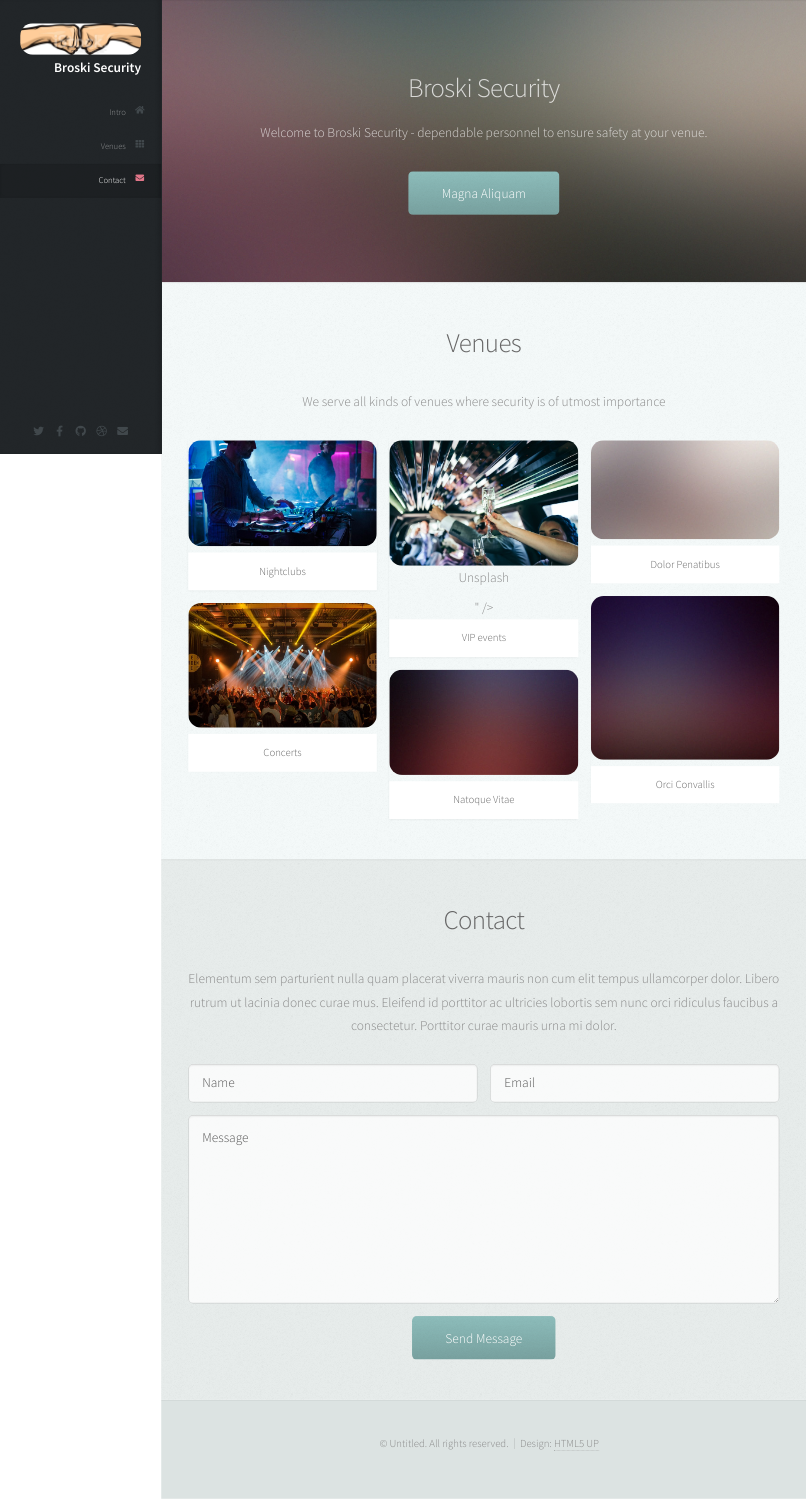
Repository: fiedore/fiedore.github.io
Page: index.html
An editor plug-in stored every save of this project. The page is shown before and after a run of saves, followed by the edit.
The browser window is 1280 px wide. The pictures show the whole page, at 63% of full size.

Above is the page before, as saved 2025-06-03 09:16:43.

### index.html
<!DOCTYPE HTML>
<!--
	Prologue by HTML5 UP
	html5up.net | @ajlkn
	Free for personal and commercial use under the CCA 3.0 license (html5up.net/license)
-->
<html>
	<head>
		<title>Prologue by HTML5 UP</title>
		<meta charset="utf-8" />
		<meta name="viewport" content="width=device-width, initial-scale=1, user-scalable=no" />
		<link rel="stylesheet" href="assets/css/main.css" />
	</head>
	<body class="is-preload">

		<!-- Header -->
			<div id="header">

				<div class="top">

					<!-- Logo -->
						<div id="logo">
							<span class="image"><img src="images/broski_logo.jpg" alt="" /></span>
							<h1 id="title">Broski Security</h1>
						</div>

					<!-- Nav -->
						<nav id="nav">
							<ul>
								<li><a href="#top" id="top-link"><span class="icon solid fa-home">Intro</span></a></li>
								<li><a href="#venues" id="venues-link"><span class="icon solid fa-th">Venues</span></a></li>
								<!-- <li><a href="#about" id="about-link"><span class="icon solid fa-user">About Me</span></a></li> -->
								<li><a href="#contact" id="contact-link"><span class="icon solid fa-envelope">Contact</span></a></li>
							</ul>
						</nav>

				</div>

				<div class="bottom">

					<!-- Social Icons -->
						<ul class="icons">
							<li><a href="#" class="icon brands fa-twitter"><span class="label">Twitter</span></a></li>
							<li><a href="#" class="icon brands fa-facebook-f"><span class="label">Facebook</span></a></li>
							<li><a href="#" class="icon brands fa-github"><span class="label">Github</span></a></li>
							<li><a href="#" class="icon brands fa-dribbble"><span class="label">Dribbble</span></a></li>
							<li><a href="#" class="icon solid fa-envelope"><span class="label">Email</span></a></li>
						</ul>

				</div>

			</div>

		<!-- Main -->
			<div id="main">

				<!-- Intro -->
					<section id="top" class="one dark cover">
						<div class="container">

							<header>
								<h2 class="alt">Broski Security</h2>
								<p>Welcome to Broski Security - dependable personnel to ensure safety at your venue.</p>
							</header>

							<footer>
								<a href="#venues" class="button scrolly">Magna Aliquam</a>
							</footer>

						</div>
					</section>

				<!-- Venues -->
					<section id="venues" class="two">
						<div class="container">

							<header>
								<h2>Venues</h2>
							</header>

							<p>We serve all kinds of venues where security is of utmost importance</p>

							<div class="row">
								<div class="col-4 col-12-mobile">
									<article class="item">
										<a href="#" class="image fit"><img src="images/nightclub.jpg" alt="" /></a>
										<header>
											<h3>Nightclubs</h3>
										</header>
									</article>
									<article class="item">
										<a href="#" class="image fit"><img src="images/concerts.jpg" alt="" /></a>
										<header>
											<h3>Concerts</h3>
										</header>
									</article>
								</div>
								<div class="col-4 col-12-mobile">
									<article class="item">
										<a href="#" class="image fit"><img src="images/vip.jpg" alt="Photo by Michael Benz</a> on <a href="https://unsplash.com/photos/person-holding-clear-wine-glass-eiJfBem7cPw?utm_content=creditCopyText&utm_medium=referral&utm_source=unsplash">Unsplash</a>
      " /></a>
										<header>
											<h3>VIP events</h3>
										</header>
									</article>
									<article class="item">
										<a href="#" class="image fit"><img src="images/pic05.jpg" alt="" /></a>
										<header>
											<h3>Natoque Vitae</h3>
										</header>
									</article>
								</div>
								<div class="col-4 col-12-mobile">
									<article class="item">
										<a href="#" class="image fit"><img src="images/pic06.jpg" alt="" /></a>
										<header>
											<h3>Dolor Penatibus</h3>
										</header>
									</article>
									<article class="item">
										<a href="#" class="image fit"><img src="images/pic07.jpg" alt="" /></a>
										<header>
											<h3>Orci Convallis</h3>
										</header>
									</article>
								</div>
							</div>

						</div>
					</section>

				<!-- About Me -->
					<!-- <section id="about" class="three">
						<div class="container">

							<header>
								<h2>About Me</h2>
							</header>

							<a href="#" class="image featured"><img src="images/pic08.jpg" alt="" /></a>

							<p>Tincidunt eu elit diam magnis pretium accumsan etiam id urna. Ridiculus
							ultricies curae quis et rhoncus velit. Lobortis elementum aliquet nec vitae
							laoreet eget cubilia quam non etiam odio tincidunt montes. Elementum sem
							parturient nulla quam placerat viverra mauris non cum elit tempus ullamcorper
							dolor. Libero rutrum ut lacinia donec curae mus vel quisque sociis nec
							ornare iaculis.</p>

						</div>
					</section> -->

				<!-- Contact -->
					<section id="contact" class="four">
						<div class="container">

							<header>
								<h2>Contact</h2>
							</header>

							<p>Elementum sem parturient nulla quam placerat viverra
							mauris non cum elit tempus ullamcorper dolor. Libero rutrum ut lacinia
							donec curae mus. Eleifend id porttitor ac ultricies lobortis sem nunc
							orci ridiculus faucibus a consectetur. Porttitor curae mauris urna mi dolor.</p>

							<form method="post" action="#">
								<div class="row">
									<div class="col-6 col-12-mobile"><input type="text" name="name" placeholder="Name" /></div>
									<div class="col-6 col-12-mobile"><input type="text" name="email" placeholder="Email" /></div>
									<div class="col-12">
										<textarea name="message" placeholder="Message"></textarea>
									</div>
									<div class="col-12">
										<input type="submit" value="Send Message" />
									</div>
								</div>
							</form>

						</div>
					</section>

			</div>

		<!-- Footer -->
			<div id="footer">

				<!-- Copyright -->
					<ul class="copyright">
						<li>&copy; Untitled. All rights reserved.</li><li>Design: <a href="http://html5up.net">HTML5 UP</a></li>
					</ul>

			</div>

		<!-- Scripts -->
			<script src="assets/js/jquery.min.js"></script>
			<script src="assets/js/jquery.scrolly.min.js"></script>
			<script src="assets/js/jquery.scrollex.min.js"></script>
			<script src="assets/js/browser.min.js"></script>
			<script src="assets/js/breakpoints.min.js"></script>
			<script src="assets/js/util.js"></script>
			<script src="assets/js/main.js"></script>

	</body>
</html>

Loaded but not shown: assets/css/fontawesome-all.min.css (library); assets/js/jquery.min.js (library); assets/js/jquery.scrolly.min.js (common file); assets/js/jquery.scrollex.min.js (common file); assets/js/browser.min.js (common file); assets/js/breakpoints.min.js (common file); assets/js/util.js (587 lines, source omitted); assets/js/main.js (123 lines, source omitted); assets/css/main.css (2636 lines, source omitted)

After the next 2 saves:
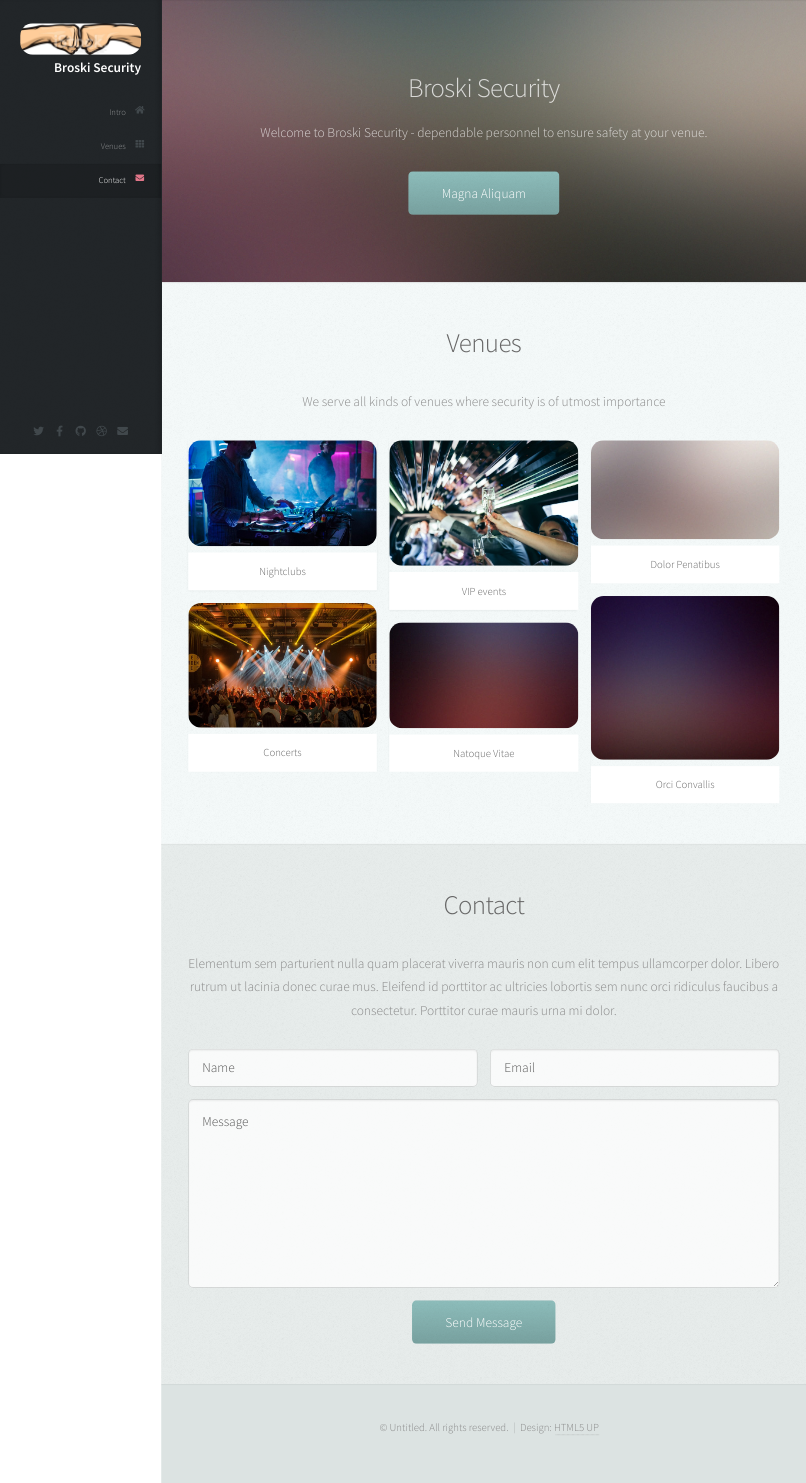
The 2 saves are shown as one change because they came seconds apart.
The last was saved 10 s later.
--- a/index.html
+++ b/index.html
@@ -97,7 +97,7 @@
 								</div>
 								<div class="col-4 col-12-mobile">
 									<article class="item">
-										<a href="#" class="image fit"><img src="images/vip.jpg" alt="Photo by Michael Benz</a> on <a href="https://unsplash.com/photos/person-holding-clear-wine-glass-eiJfBem7cPw?utm_content=creditCopyText&utm_medium=referral&utm_source=unsplash">Unsplash</a>
+										<a href="#" class="image fit"><img src="images/vip.jpg" alt="Photo by Michael Benz on Unsplash</a>
       " /></a>
 										<header>
 											<h3>VIP events</h3>
